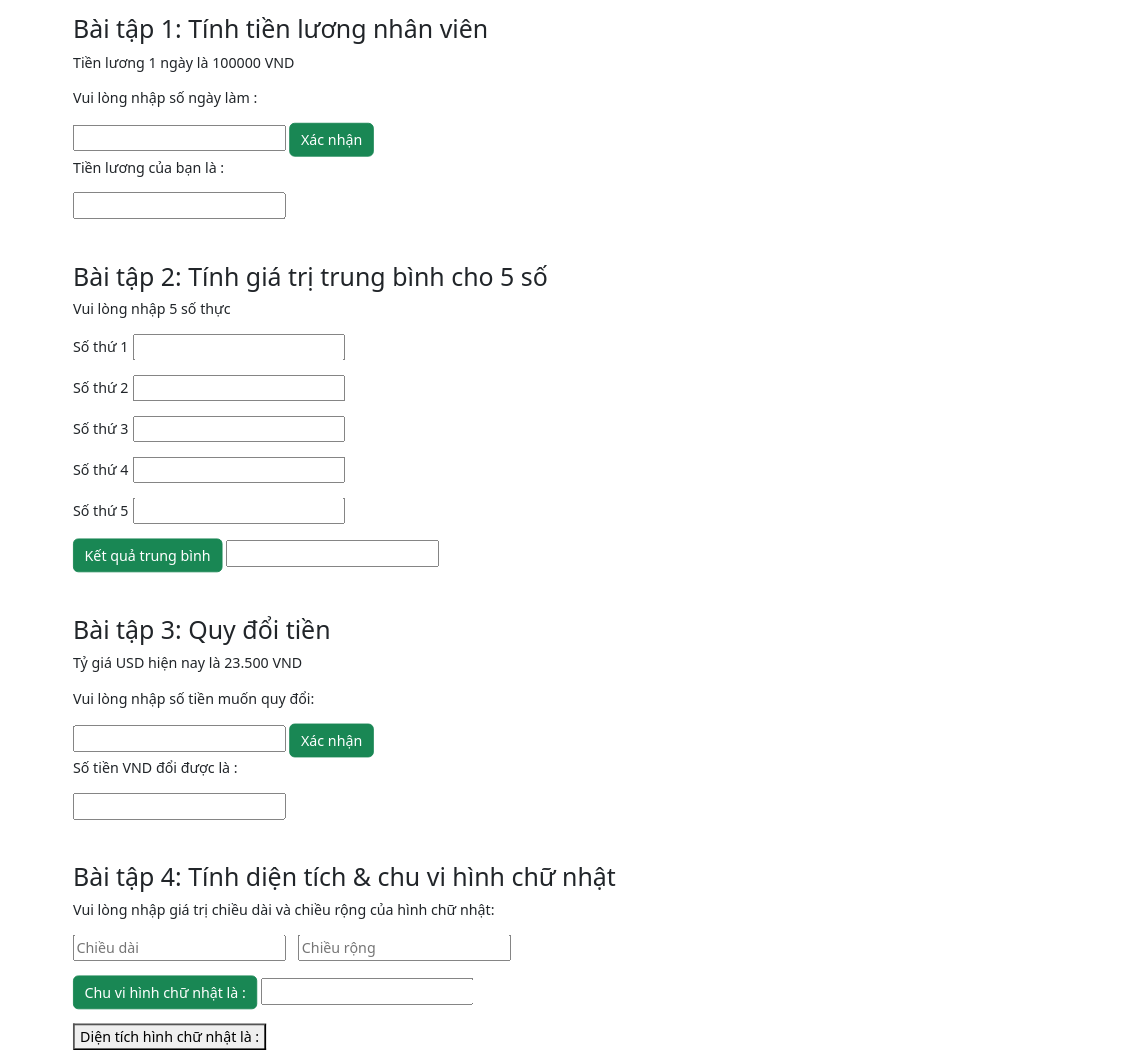
Repository: hcozyph/TranHuuPhuoc_BC43_BT_JS_Buoi2
Page: index.html
These files come from the project's save history. The page is drawn as it stood at one moment and after the next save; the edit follows.
The browser window is 1280 px wide. The pictures show the whole page, at 89% of full size.

Above is the page before, as saved 2023-01-21 22:54:46.

### index.html
<!DOCTYPE html>
<html lang="en">
    <head>
        <title>BT JS - Buoi 1</title>
        <!-- Required meta tags -->
        <meta charset="utf-8" />
        <meta
            name="viewport"
            content="width=device-width, initial-scale=1, shrink-to-fit=no"
        />

        <!-- Bootstrap CSS v5.2.1 -->
        <link
            href="https://cdn.jsdelivr.net/npm/bootstrap@5.2.1/dist/css/bootstrap.min.css"
            rel="stylesheet"
            integrity="sha384-iYQeCzEYFbKjA/T2uDLTpkwGzCiq6soy8tYaI1GyVh/UjpbCx/TYkiZhlZB6+fzT"
            crossorigin="anonymous"
        />

        <!-- FontAwesome 6.2.0 CSS -->
        <link
            rel="stylesheet"
            href="https://cdnjs.cloudflare.com/ajax/libs/font-awesome/6.2.0/css/all.min.css"
            integrity="sha512-xh6O/CkQoPOWDdYTDqeRdPCVd1SpvCA9XXcUnZS2FmJNp1coAFzvtCN9BmamE+4aHK8yyUHUSCcJHgXloTyT2A=="
            crossorigin="anonymous"
            referrerpolicy="no-referrer"
        />

        <!-- index.css -->
        <link rel="stylesheet" href="./style/index.css" />
    </head>

    <body>
        <!-- BT1 -->
        <div class="container">
            <div class="BT1">
                <h1 class="fs-3 mt-3">Bài tập 1: Tính tiền lương nhân viên</h1>
                <p>Tiền lương 1 ngày là 100000 VND</p>
                <p>Vui lòng nhập số ngày làm :</p>
                <input type="number" id="soNgayLam" />
                <button
                    class="btn btn-success"
                    id="btnXacNhan"
                    onclick="inputSoNgayLam()"
                >
                    Xác nhận
                </button>
                <p>Tiền lương của bạn là :</p>
                <input type="text" id="result" />
            </div>

            <!-- BT2 -->
            <div class="BT2">
                <h1 class="fs-3 mt-5">
                    Bài tập 2: Tính giá trị trung bình cho 5 số
                </h1>
                <p>Vui lòng nhập 5 số thực</p>

                <p>Số thứ 1 <input type="number" id="n1" /></p>
                <p>Số thứ 2 <input type="number" id="n2" /></p>
                <p>Số thứ 3 <input type="number" id="n3" /></p>
                <p>Số thứ 4 <input type="number" id="n4" /></p>
                <p>Số thứ 5 <input type="number" id="n5" /></p>

                <button
                    class="btn btn-success"
                    id="btnAverage"
                    onclick="average()"
                >
                    Kết quả trung bình
                </button>
                <input type="text" id="average" />
            </div>

            <!-- BT3 -->
            <div class="BT3">
                <h1 class="fs-3 mt-5">Bài tập 3: Quy đổi tiền</h1>
                <p>Tỷ giá USD hiện nay là 23.500 VND</p>
                <p>Vui lòng nhập số tiền muốn quy đổi:</p>

                <input type="number" id="inputUsd" />
                <button
                    class="btn btn-success"
                    id="btnTradeMoney"
                    onclick="tradeMoney ()"
                >
                    Xác nhận
                </button>

                <p>Số tiền VND đổi được là :</p>
                <input type="text" id="tradeMoney" />
            </div>

            <!-- BT4 -->
            <div class="BT4">
                <h1 class="fs-3 mt-5">
                    Bài tập 4: Tính diện tích & chu vi hình chữ nhật
                </h1>
                <p>
                    Vui lòng nhập giá trị chiều dài và chiều rộng của hình chữ
                    nhật:
                </p>

                <input type="number" id="length" placeholder="Chiều dài" />
                <input
                    style="margin-left: 10px"
                    type="number"
                    id="width"
                    placeholder="Chiều rộng"
                />

                <div class="chuVi mt-3">
                    <button class="btn btn-success">
                        Chu vi hình chữ nhật là :
                    </button>
                    <input type="number" id="chuVi" />
                </div>

                <div class="dienTich mt-3">
                    <button>Diện tích hình chữ nhật là :</button>
                </div>
            </div>
        </div>

        <!-- Bootstrap JavaScript Libraries -->
        <script
            src="https://cdn.jsdelivr.net/npm/@popperjs/core@2.11.6/dist/umd/popper.min.js"
            integrity="sha384-oBqDVmMz9ATKxIep9tiCxS/Z9fNfEXiDAYTujMAeBAsjFuCZSmKbSSUnQlmh/jp3"
            crossorigin="anonymous"
        ></script>

        <script
            src="https://cdn.jsdelivr.net/npm/bootstrap@5.2.1/dist/js/bootstrap.min.js"
            integrity="sha384-7VPbUDkoPSGFnVtYi0QogXtr74QeVeeIs99Qfg5YCF+TidwNdjvaKZX19NZ/e6oz"
            crossorigin="anonymous"
        ></script>

        <!-- index.js -->
        <script src="./index.js"></script>
    </body>
</html>

### index.js
//BT1: Tính tiền lương nhân viên
function inputSoNgayLam () {
    //input
    var soNgayLam = document.getElementById('soNgayLam').value;
    var luongMotNgay = 100000;
    //output
    var result = 0;

    var result = parseInt(soNgayLam) * parseInt(luongMotNgay);

    document.getElementById('result').value = result.toLocaleString() + ' VND';
}

//BT2: Tính trung bình cộng 5 số
function average () {
    //input
    var n1 = document.getElementById('n1').value;
    var n2 = document.getElementById('n2').value;
    var n3 = document.getElementById('n3').value;
    var n4 = document.getElementById('n4').value;
    var n5 = document.getElementById('n5').value;
    //output
    var average = 0;
    var soLuongInput = 5;

    var sum = parseFloat(n1) + parseFloat(n2) + parseFloat(n3) + parseFloat(n4) + parseFloat(n5);

    var average =  sum / parseFloat(soLuongInput) ;

    document.getElementById('average').value = average;
}

//BT3: Quy đổi tiền
function tradeMoney () {
    //input
    var inputUsd = document.getElementById('inputUsd').value;
    var tyGia = 23500;

    //output
    var tradeMoney = 0;

    var tradeMoney = parseInt(inputUsd) * parseInt(tyGia);
    document.getElementById('tradeMoney').value = tradeMoney.toLocaleString() + ' VND';


}










/*
Link vercel:
https://tran-huu-phuoc-bc-43-bt-js-buoi1.vercel.app/
*/

Loaded but not shown: style/index.css (no stored copy; drawn as an empty file)

After the next save:
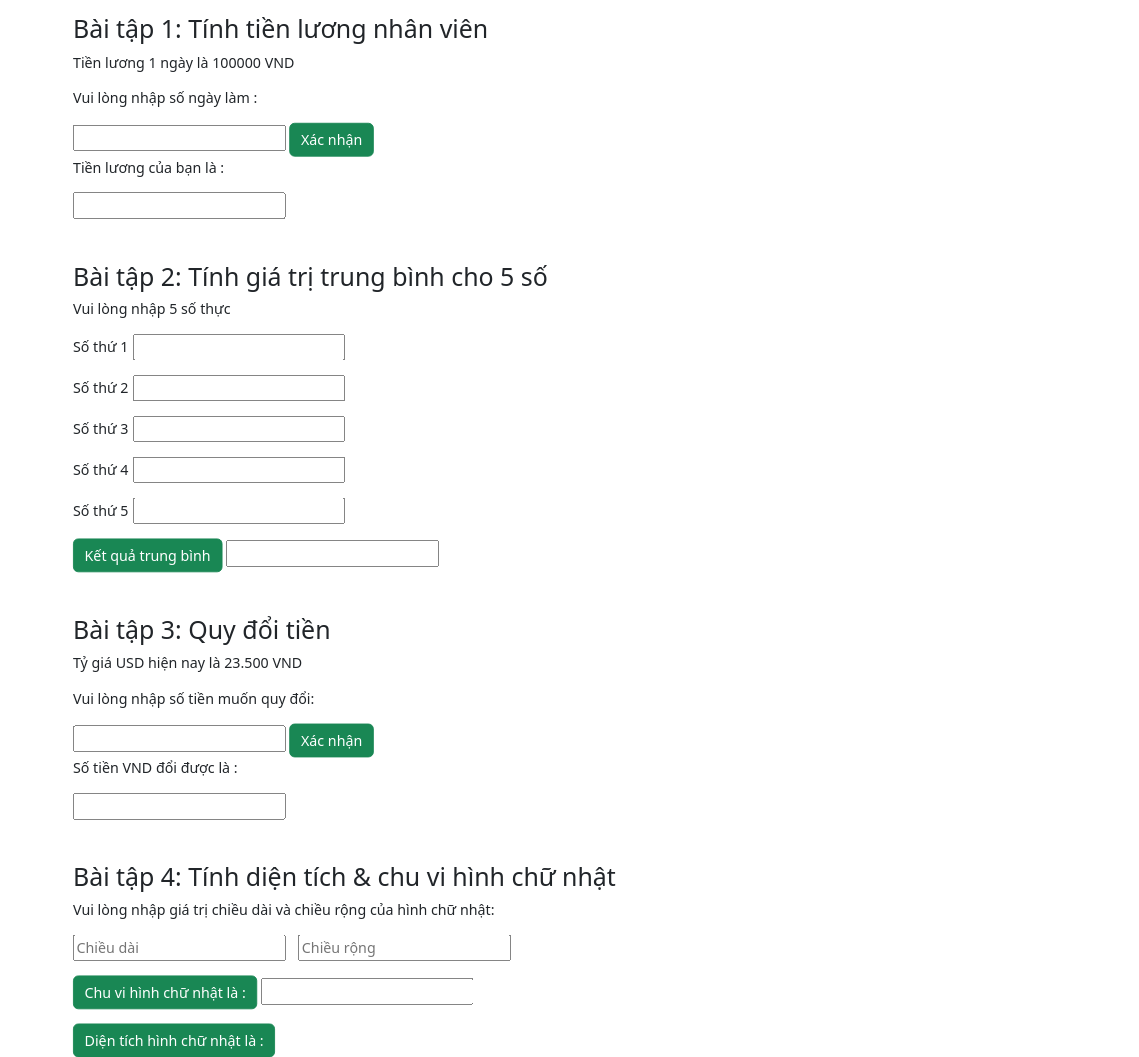
Saved 16 s later.
--- a/index.html
+++ b/index.html
@@ -117,7 +117,9 @@
                 </div>
 
                 <div class="dienTich mt-3">
-                    <button>Diện tích hình chữ nhật là :</button>
+                    <button class="btn btn-success">
+                        Diện tích hình chữ nhật là :
+                    </button>
                 </div>
             </div>
         </div>
